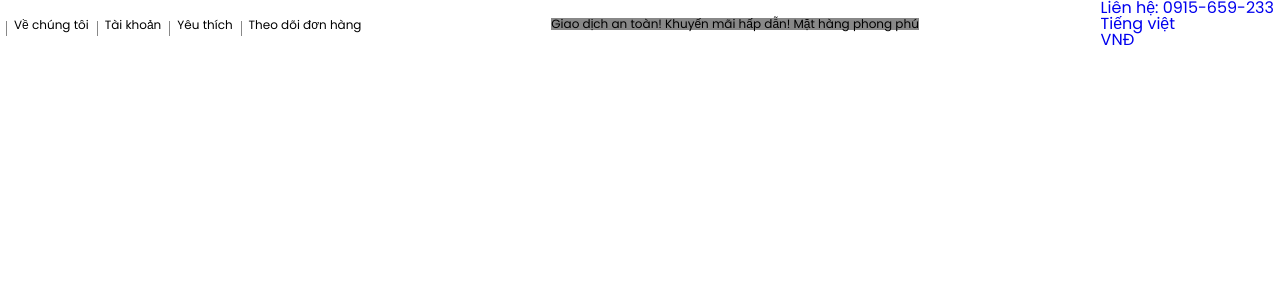
Repository: DucNghia2004/project_pro_01
Page: index.html
An editor plug-in stored every save of this project. The page is shown before and after the next save, followed by the edit.
The browser window is 1280 px wide. The pictures show the whole page.

Above is the page before, as saved 2024-05-30 20:27:59.

### index.html
<!DOCTYPE html>
<html lang="en">
    <head>
        <meta charset="UTF-8" />
        <meta name="viewport" content="width=device-width, initial-scale=1.0" />
        <title>Document</title>
        <!-- Reset CSS -->
        <link rel="stylesheet" href="./assets/css/resets.css" />

        <!-- Embed font -->
        <link rel="preconnect" href="https://fonts.googleapis.com" />
        <link rel="preconnect" href="https://fonts.gstatic.com" crossorigin />
        <link
            href="https://fonts.googleapis.com/css2?family=Poppins:ital,wght@0,100;0,200;0,300;0,400;0,500;0,600;0,700;0,800;0,900;1,100;1,200;1,300;1,400;1,500;1,600;1,700;1,800;1,900&display=swap"
            rel="stylesheet"
        />

        <!-- Styles CSS -->
        <link rel="stylesheet" href="./assets/css/styles.css" />
    </head>
    <body>
        <div class="info">
            <div class="container">
                <div class="info-info">
                    <div class="info-header">
                        <ul class="info__list">
                            <li class="info__item">
                                <a href="#!" class="info__link">Về chúng tôi</a>
                            </li>
                            <li class="info__item">
                                <a href="#!" class="info__link">Tài khoản</a>
                            </li>
                            <li class="info__item">
                                <a href="#!" class="info__link">Yêu thích</a>
                            </li>
                            <li class="info__item">
                                <a href="#!" class="info__link"
                                    >Theo dõi đơn hàng</a
                                >
                            </li>
                        </ul>
                    </div>
                    <div class="info-product">
                        <p class="indo-product__desc">
                            Giao dịch an toàn! Khuyến mãi hấp dẫn! Mặt hàng
                            phong phú
                        </p>
                    </div>
                    <div class="info-contact">
                        <ul class="info-contact__list">
                            <li class="info-contact__item">
                                <a href="#!" class="info-contact__link">
                                    Liên hệ: 0915-659-233
                                </a>
                            </li>
                            <li class="info-contact__item">
                                <a href="#!" class="info-contact__link"
                                    >Tiếng việt</a
                                >
                            </li>
                            <li class="info-contact__item">
                                <a href="#!" class="info-contact__link">VNĐ</a>
                            </li>
                        </ul>
                    </div>
                </div>
            </div>
        </div>
    </body>
</html>

### assets/css/styles.css
* {
    box-sizing: border-box;
}

html {
    font-size: 62.5%;
}

body {
    font-size: 1.6rem;
    font-family: "Poppins", sans-serif;
}

input,
textarea,
select,
button {
    font-size: inherit;
    font-family: inherit;
}

.container {
    width: 100%;
    max-width: calc(100% - 12px);
    margin: 0 auto;
}

/* Comon */
a {
    text-decoration: none;
}

/* Info-header */
.info-info {
    display: flex;
    align-items: center;
    justify-content: space-between;
}

.info__list {
    display: flex;
}

.info__link {
    position: relative;
    padding: 4px 8px;
    color: black;
    font-size: 1.2rem;
}

.info__link::before {
    position: absolute;
    content: "";
    display: inline-block;
    height: 15px;
    width: 1px;
    top: 9px;
    left: 0;
    background-color: rgba(0, 0, 0, 0.467);
}

.indo-product__desc {
    font-size: 1.2rem;
    background-color: rgba(0, 0, 0, 0.467);
}

Loaded but not shown: assets/css/resets.css (common file)

After the next save:
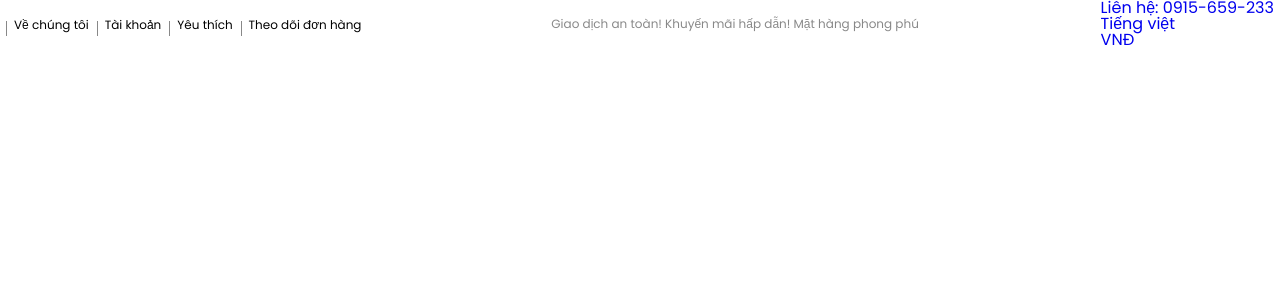
Saved 7 s later.
--- a/assets/css/styles.css
+++ b/assets/css/styles.css
@@ -61,5 +61,5 @@ a {
 
 .indo-product__desc {
     font-size: 1.2rem;
-    background-color: rgba(0, 0, 0, 0.467);
+    color: rgba(0, 0, 0, 0.467);
 }
